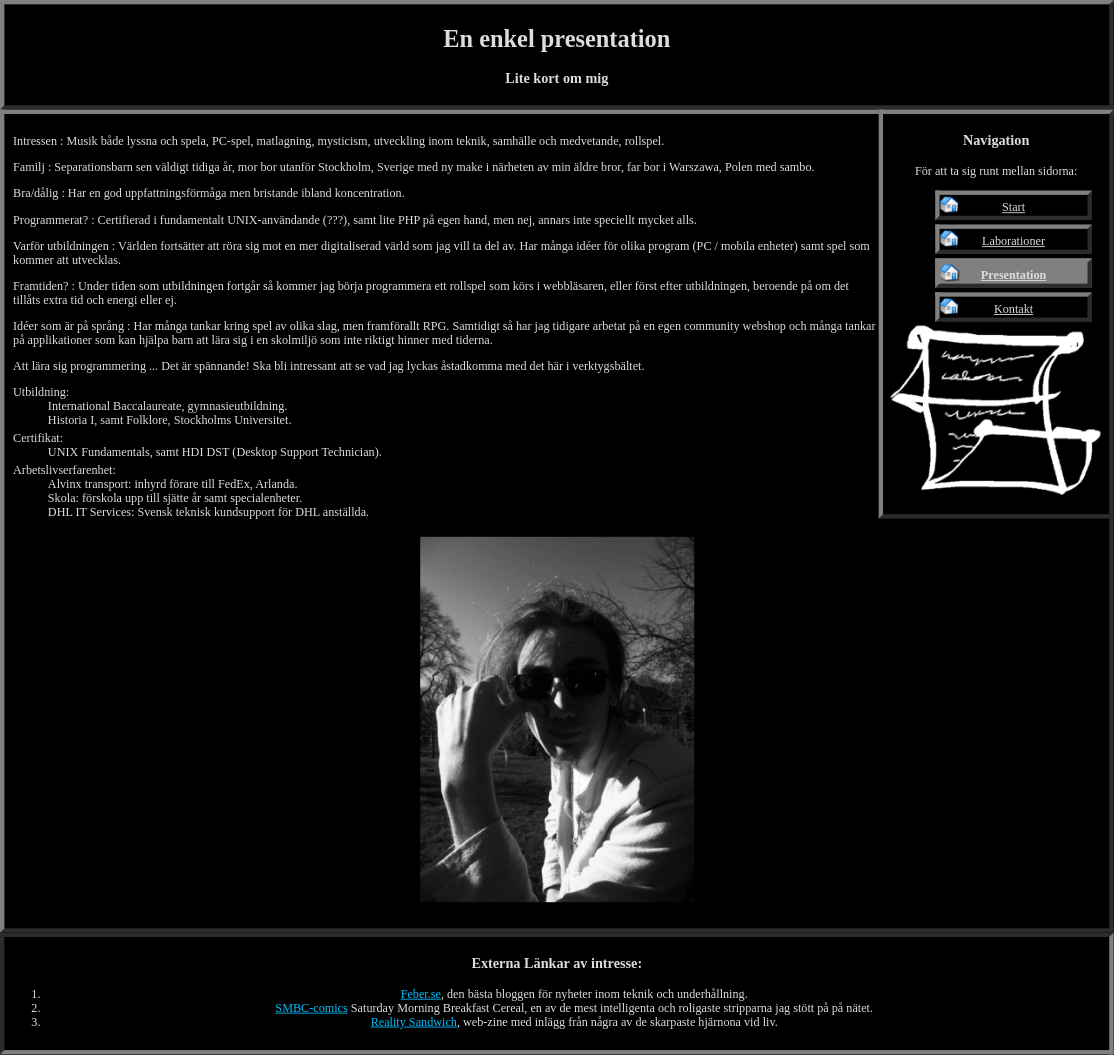
Repository: cg222im/1IK415_cg222im
Page: pages/presentation.html
The author's editor kept a record of every edit. The page is drawn from the files as they stood at one moment, then again after the next edit.
The browser window is 1280 px wide. The pictures show the whole page, at 87% of full size.

Above is the page before.

After the next edit:
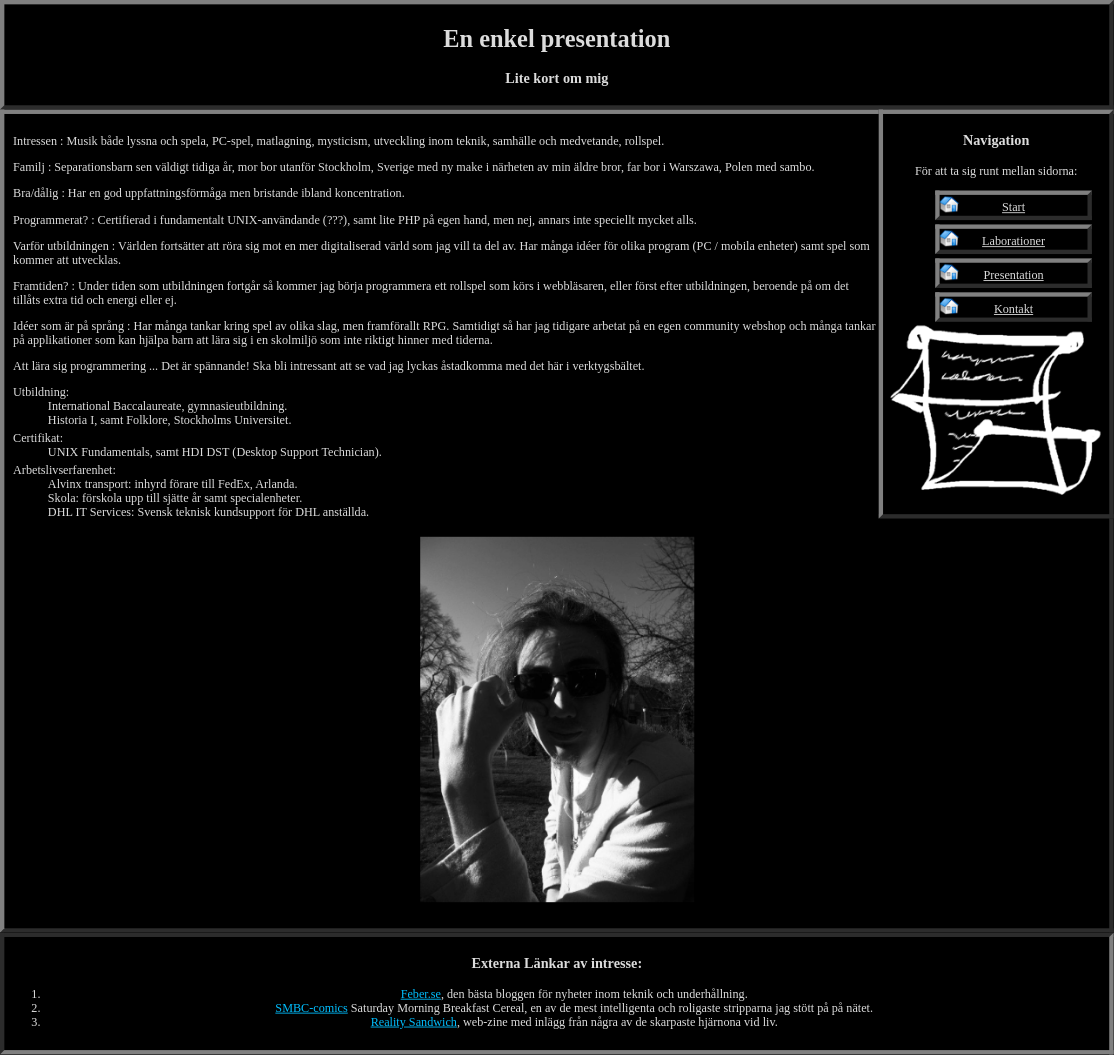
The edit:
--- a/pages/presentation.html
+++ b/pages/presentation.html
@@ -21,13 +21,13 @@
                     <h3>Navigation</h3>
                     <p>För att ta sig runt mellan sidorna:</p>
                     <ul class="navmenu">
-                        <li><a href="../index.html">Start</a>
+                        <li id="start"><a href="index.html"><span></span>Start</a>
                         </li>
-                        <li><a href="laborationer.html">Laborationer</a>
+                        <li id="laborationer"><a href="pages/laborationer.html"><span></span>Laborationer</a>
                         </li>
-                        <li><a href="presentation.html" id="active">Presentation</a>
+                        <li id="presentation"><a href="pages/presentation.html"><span></span>Presentation</a>
                         </li>
-                        <li><a href="kontakt.html">Kontakt</a>
+                        <li id="kontakt"><a href="pages/kontakt.html"><span></span>Kontakt</a>
                         </li>
                     </ul>
                     <div id="logo"></div>

After the edit that followed:
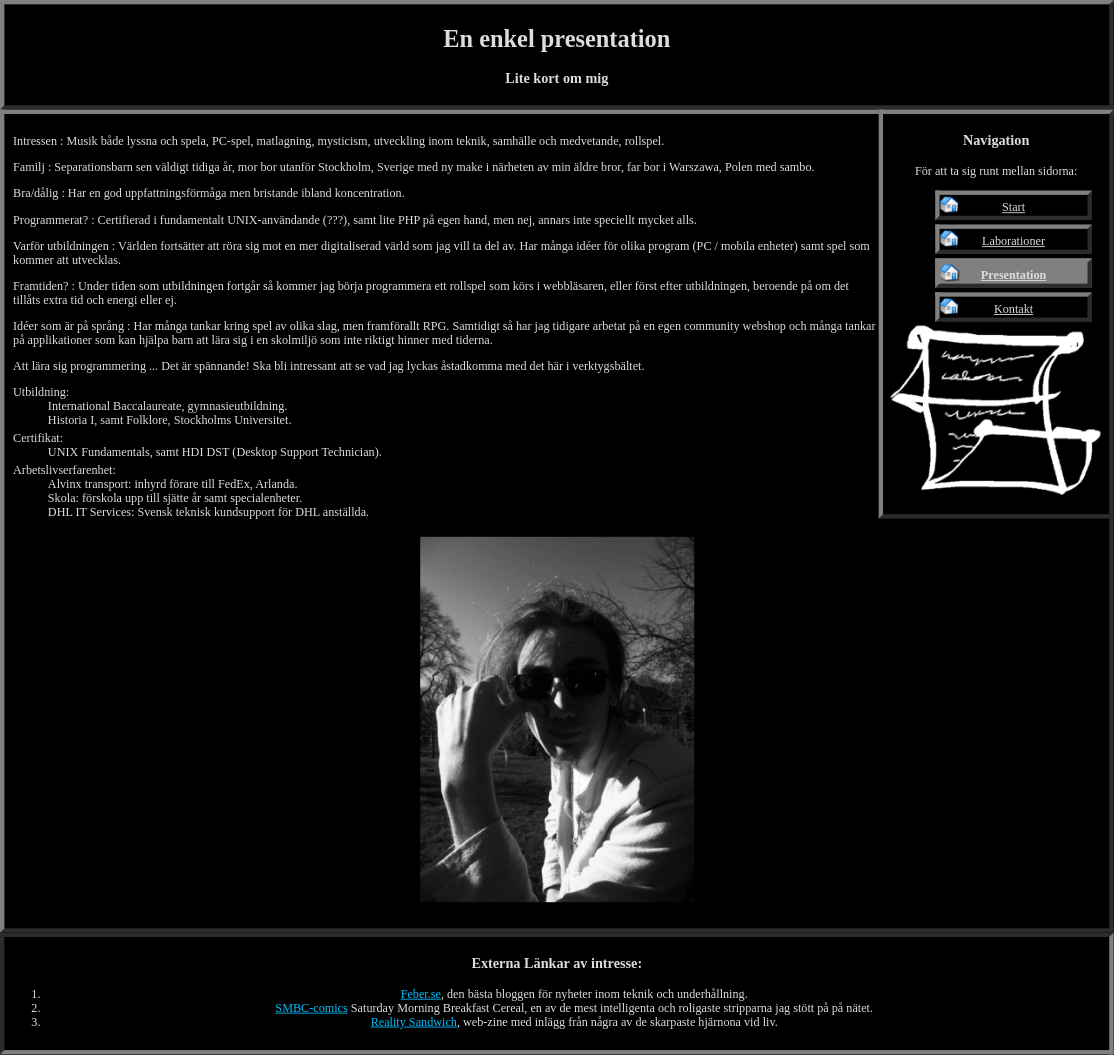
The edit:
--- a/pages/presentation.html
+++ b/pages/presentation.html
@@ -25,7 +25,7 @@
                         </li>
                         <li id="laborationer"><a href="pages/laborationer.html"><span></span>Laborationer</a>
                         </li>
-                        <li id="presentation"><a href="pages/presentation.html"><span></span>Presentation</a>
+                        <li id="presentation"><a href="pages/presentation.html" id="active"><span></span>Presentation</a>
                         </li>
                         <li id="kontakt"><a href="pages/kontakt.html"><span></span>Kontakt</a>
                         </li>
